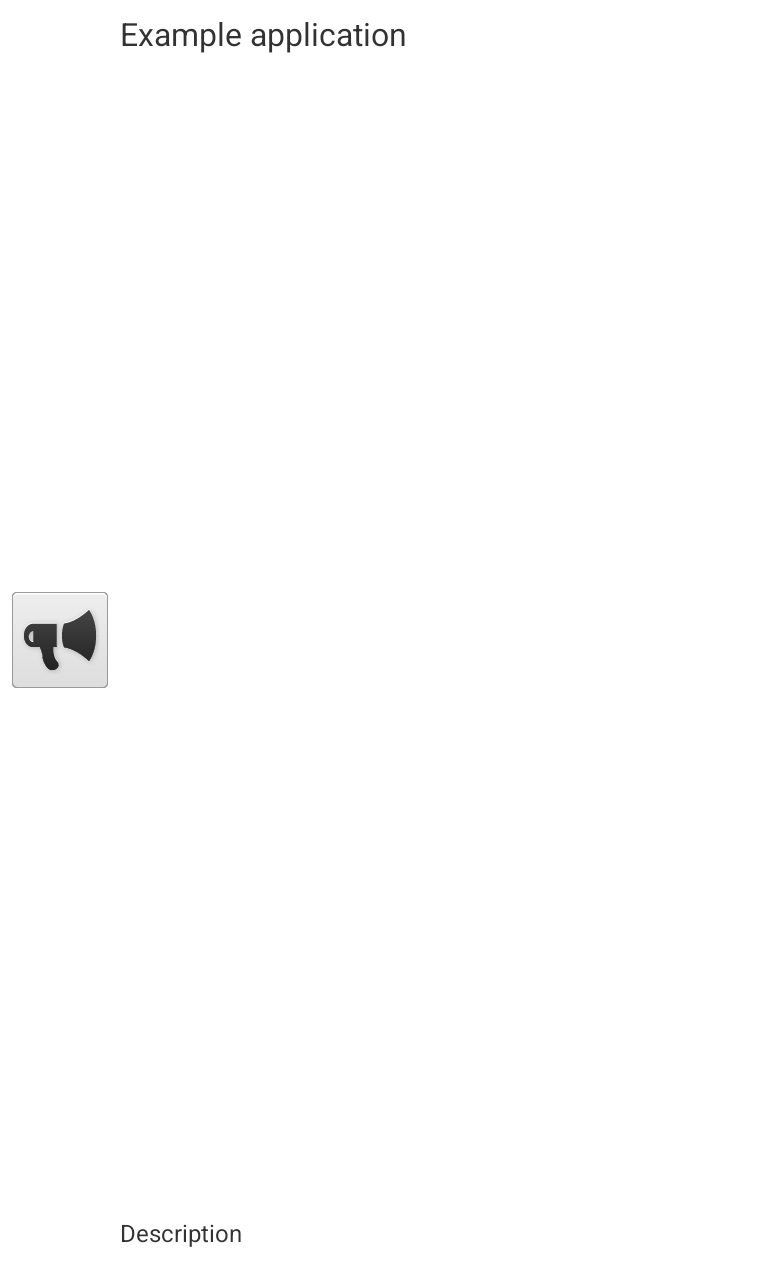
Repository: DeKaaskop/Android_1
Layout: Blogger_Inholland/res/layout/blog_listitem.xml
An editor plug-in stored every save of this project. The layout is shown before and after the next save, followed by the edit.
It is drawn on a 768 x 1280 px phone screen (xhdpi) without system bars, with theme AppTheme; the app's code is not run. The app's manifest (not shown) leaves right-to-left support off. So textAlignment, textDirection and layoutDirection are ignored, and left and right values win over start and end ones.

Above is the layout before, as saved 2015-01-26 22:11:35.

### Blogger_Inholland/res/layout/blog_listitem.xml
<RelativeLayout xmlns:android="http://schemas.android.com/apk/res/android"
    android:layout_width="fill_parent"
    android:layout_height="?android:attr/listPreferredItemHeight"
    android:padding="6dip" >

    <ImageView
        android:id="@+id/blog_listitem_image"
        android:layout_width="wrap_content"
        android:layout_height="fill_parent"
        android:layout_alignParentBottom="true"
        android:layout_alignParentTop="true"
        android:layout_marginRight="6dip"
        android:layout_marginEnd="6dip"
        android:contentDescription="@string/image_description"
        android:src="@drawable/ic_launcher" />

    <TextView
        android:id="@+id/blog_listitem_title"
        android:layout_width="fill_parent"
        android:layout_height="26dip"
        android:layout_alignParentBottom="true"
        android:layout_alignParentRight="true"
        android:layout_alignParentEnd="true"
        android:layout_toRightOf="@id/blog_listitem_image"
        android:layout_toEndOf="@id/blog_listitem_image"
        android:ellipsize="marquee"
        android:singleLine="true"
        android:text="Description"
        android:textSize="12sp" />

    <TextView
        android:id="@+id/blog_listitem_description"
        android:layout_width="fill_parent"
        android:layout_height="wrap_content"
        android:layout_alignParentRight="true"
        android:layout_alignParentEnd="true"
        android:layout_alignParentTop="true"
        android:layout_alignWithParentIfMissing="true"
        android:layout_toRightOf="@id/blog_listitem_image"
        android:layout_toEndOf="@id/blog_listitem_image"
        android:gravity="center_vertical"
        android:text="Example application"
        android:textSize="16sp" />


</RelativeLayout>

### Blogger_Inholland/res/values/strings.xml
<?xml version="1.0" encoding="utf-8"?>
<resources>

    <string name="app_name">Blogger Inholland</string>
    <string name="title_activity_main">Blogger App</string>

    <!-- Bloglist Page -->
    <string name="image_description">Image</string>


    <!-- About Page -->
    <string name="title_activity_about">About</string>
    <string name="about_text">Lorem ipsum dolor sit amet, consectetur adipiscing elit. Integer gravida, elit ac ornare faucibus, risus purus dictum metus, venenatis ornare leo odio ut lectus. Suspendisse facilisis lectus auctor tortor imperdiet pretium. Proin non mi est, sit amet scelerisque mauris. Proin nunc arcu, viverra a consequat at, commodo sed justo. Nullam dignissim fringilla tortor, id pulvinar odio hendrerit et. Phasellus est nisl, consequat et mattis sed, scelerisque id mi. Nullam laoreet orci eros. Class aptent taciti sociosqu ad litora torquent per conubia nostra, per inceptos himenaeos. Class aptent taciti sociosqu ad litora torquent per conubia nostra, per inceptos himenaeos. Ut sit amet volutpat ligula. Aenean lacus tortor, feugiat eget interdum vel, auctor eu eros.
								Morbi velit diam, lobortis ac aliquam ut, suscipit at ipsum. Morbi imperdiet auctor mauris suscipit mattis. Curabitur interdum diam vestibulum est scelerisque semper. Nullam adipiscing feugiat mauris ut luctus. Donec ut posuere augue. Nam a pellentesque lacus. Morbi tempus, leo et fringilla imperdiet, dolor nisl ultricies diam, et egestas est eros non augue. Duis nec tortor dolor. Integer quis ligula purus. Nulla facilisi. Sed quis est vitae ligula auctor ut non nisi. Pellentesque vitae felis ut lectus semper laoreet in sit amet enim. Cras blandit condimentum leo, vitae venenatis felis vestibulum quis. Nunc lacinia scelerisque luctus. Pellentesque habitant morbi tristique senectus et netus et malesuada fames ac turpis egestas. Sed semper luctus magna ac imperdiet. Ut volutpat magna sed purus feugiat bibendum. Fusce quis ligula non tortor egestas scelerisque vitae quis nunc. Vestibulum pretium urna a neque ultrices condimentum. Morbi vitae libero lacus. Quisque mi ligula, vulputate ut ultrices vitae, ultrices quis mi. Sed lectus urna, euismod quis gravida nec, pharetra id tortor. Nam ultricies pulvinar magna non consectetur. Maecenas dignissim nulla porttitor dolor consequat molestie.</string>

    <!-- Profile Page -->
    <string name="title_activity_profile">Profile</string>
    <string name="profile_username">Jan</string>
    <string name="profile_description">Jan is de man!</string>
    <string name="profile_image_contentdescription">Profile picture</string>
    <string name="profile_edit_icon_title">Edit</string>

    <!-- Profile Edit Page -->
    <string name="title_activity_profile_edit">Profile Edit </string>
    <string name="profile_edit_username">Username</string>
    <string name="profile_edit_description">Description</string>
    <string name="profile_edit_description_profilepicture">Your profilepicture</string>
    <string name="profile_edit_save">Save</string>
    <string name="profile_save_edit_icon_title">Save</string>

    <!--  -->
    <string name="title_activity_post">New Post </string>
    <string name="post_edittext_title">Title!</string>
    <string name="post_edittext_description">Description!</string>
    <string name="btn_newpost_title">Post</string>
    <string name="post_iv_contentdescription">Search picture from gallery</string>
    <string name="title_activity_blogs">Posts</string>

    <!--
    <string name="add_message_title2">Choose Image</string>
    <string name="add_message_from_camera">From Camera</string>
    <string name="add_message_from_sd_card">From Sd Card</string>
     -->


</resources>

Loaded but not shown: Blogger_Inholland/res/values/styles.xml (common file); Blogger_Inholland/res/values-v11/styles.xml (common file); Blogger_Inholland/res/values-v14/styles.xml (common file)

After the next save:
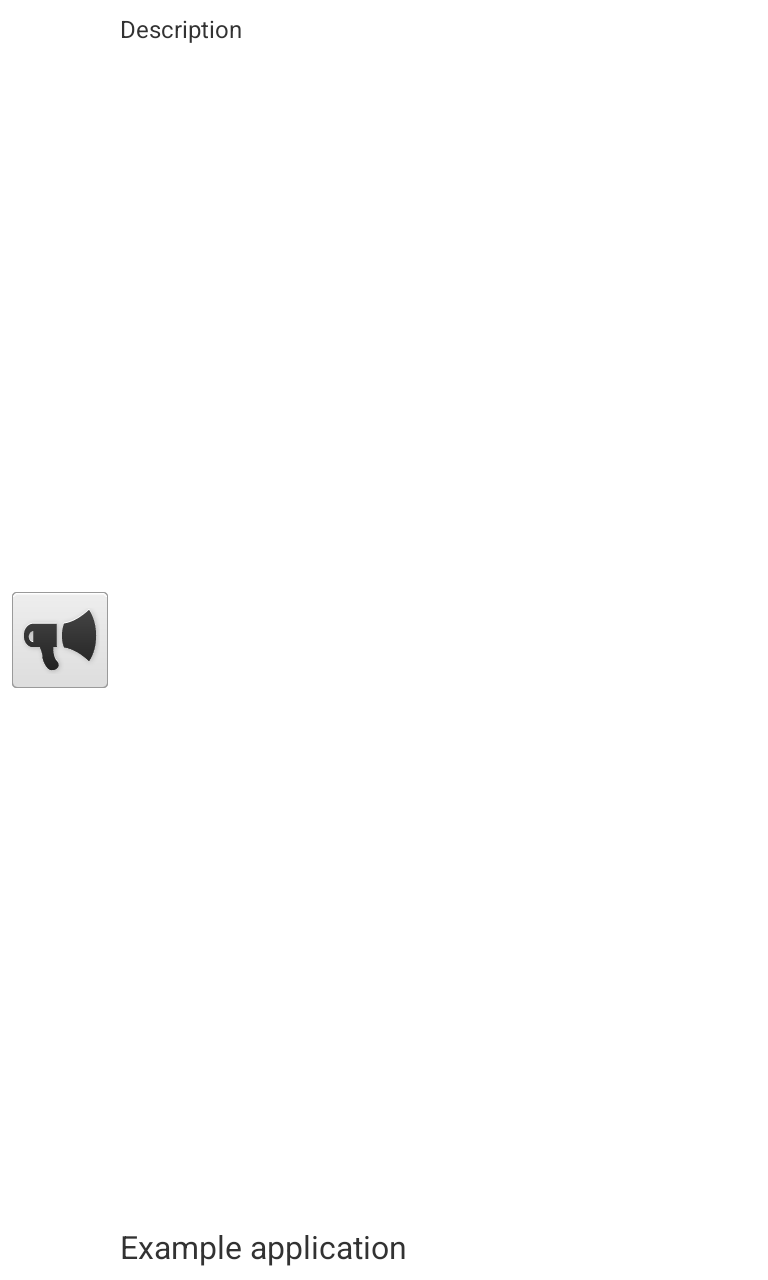
Saved 77 s later.
--- a/Blogger_Inholland/res/layout/blog_listitem.xml
+++ b/Blogger_Inholland/res/layout/blog_listitem.xml
@@ -9,8 +9,8 @@
         android:layout_height="fill_parent"
         android:layout_alignParentBottom="true"
         android:layout_alignParentTop="true"
+        android:layout_marginEnd="6dip"
         android:layout_marginRight="6dip"
-        android:layout_marginEnd="6dip"
         android:contentDescription="@string/image_description"
         android:src="@drawable/ic_launcher" />
 
@@ -18,11 +18,12 @@
         android:id="@+id/blog_listitem_title"
         android:layout_width="fill_parent"
         android:layout_height="26dip"
-        android:layout_alignParentBottom="true"
+        android:layout_alignParentEnd="true"
         android:layout_alignParentRight="true"
-        android:layout_alignParentEnd="true"
+        android:layout_alignParentTop="true"
+        android:layout_alignWithParentIfMissing="true"
+        android:layout_toEndOf="@id/blog_listitem_image"
         android:layout_toRightOf="@id/blog_listitem_image"
-        android:layout_toEndOf="@id/blog_listitem_image"
         android:ellipsize="marquee"
         android:singleLine="true"
         android:text="Description"
@@ -32,15 +33,13 @@
         android:id="@+id/blog_listitem_description"
         android:layout_width="fill_parent"
         android:layout_height="wrap_content"
+        android:layout_alignParentBottom="true"
+        android:layout_alignParentEnd="true"
         android:layout_alignParentRight="true"
-        android:layout_alignParentEnd="true"
-        android:layout_alignParentTop="true"
-        android:layout_alignWithParentIfMissing="true"
+        android:layout_toEndOf="@id/blog_listitem_image"
         android:layout_toRightOf="@id/blog_listitem_image"
-        android:layout_toEndOf="@id/blog_listitem_image"
         android:gravity="center_vertical"
         android:text="Example application"
         android:textSize="16sp" />
 
-
 </RelativeLayout>
